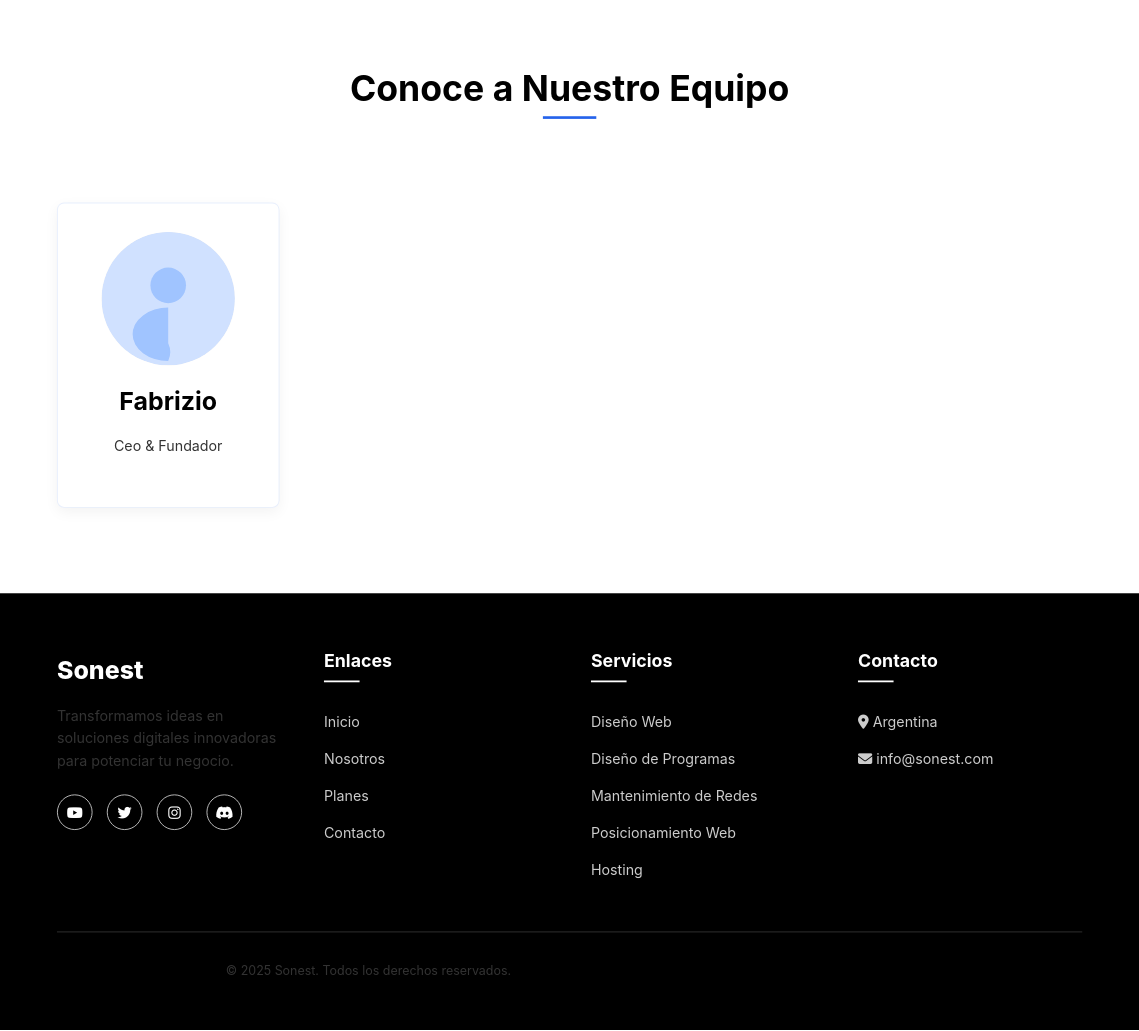
Repository: FabriDevelope/sonest
Page: nosotros.html
The author's editor kept a copy of each file at every save. The page is drawn from the files as they stood at one save, then again after the next save.
The browser window is 1280 px wide. The pictures show the part of the page from y = 776 to 1934 px (the page is 1934 px tall), at 89% of full size.
A picture or video elsewhere on the page could not be fetched, so the positions and the page height are approximate.

Above is the page before, as saved 2025-08-02 23:06:19.

### nosotros.html
<!DOCTYPE html>
<html lang="es">
<head>
    <meta charset="UTF-8">
    <meta name="viewport" content="width=device-width, initial-scale=1.0">
    <title>Sobre Nosotros - Sonest</title>
    <link rel="stylesheet" href="styles.css">
    <link rel="stylesheet" href="https://cdnjs.cloudflare.com/ajax/libs/font-awesome/6.4.0/css/all.min.css">
    <style>
        .about-section {
            padding: 6rem 0;
        }

        .about-content {
            display: flex;
            gap: 4rem;
            align-items: center;
        }

        .about-text {
            flex: 1;
        }

        .about-image {
            flex: 1;
            border-radius: var(--border-radius);
            overflow: hidden;
            box-shadow: var(--shadow);
        }

        .team-grid {
            display: grid;
            grid-template-columns: repeat(auto-fit, minmax(250px, 1fr));
            gap: 2.5rem;
            margin-top: 4rem;
            justify-content: center;
        }

        .team-card {
            background-color: var(--white);
            border-radius: var(--border-radius);
            padding: 2rem;
            text-align: center;
            box-shadow: 0 5px 15px rgba(0,0,0,0.05);
            border: 1px solid rgba(37, 99, 235, 0.1);
            max-width: 250px;
        }

        .team-image {
            width: 150px;
            height: 150px;
            border-radius: 50%;
            margin: 0 auto 1.5rem;
            overflow: hidden;
            background-color: var(--gray-100);
        }

        @media (max-width: 992px) {
            .about-content {
                flex-direction: column;
            }
        }
    </style>
</head>
<body>
    <!-- Header -->
    <header>
        <div class="container header-container">
            <a href="index.html" class="logo">
                <img src="https://i.imgur.com/yJCH2BL.png" alt="Sonest Logo" style="height: 60px; margin-right: 10px;">
            </a>
            <nav>
                <ul class="nav-menu">
                    <li class="nav-item"><a href="index.html" class="nav-link">Inicio</a></li>
                    <li class="nav-item"><a href="nosotros.html" class="nav-link">Nosotros</a></li>
                    <li class="nav-item dropdown">
                        <a href="planes.html" class="nav-link">Servicios <i class="fas fa-chevron-down"></i></a>
                        <ul class="dropdown-content">
                            <li><a href="diseno-web.html" class="dropdown-item">Diseño Web</a></li>
                            <li><a href="diseno-programas.html" class="dropdown-item">Diseño de Programas</a></li>
                            <li><a href="mantenimiento-redes.html" class="dropdown-item">Mantenimiento de Redes</a></li>
                            <li><a href="posicionamiento-web.html" class="dropdown-item">Posicionamiento Web</a></li>
                            <li><a href="hosting.html" class="dropdown-item">Hosting</a></li>
                        </ul>
                    </li>
                    <li class="nav-item"><a href="planes.html" class="nav-link">Planes</a></li>
                    <li class="nav-item"><a href="contacto.html" class="nav-link active">Contacto</a></li>
                </ul>
            </nav>
            <div class="mobile-toggle">
                <i class="fas fa-bars"></i>
            </div>
        </div>
    </header>

    <main>
        <section class="about-section">
            <div class="container">
                <div class="section-title">
                    <h2>Nuestra Historia</h2>
                    <p>Conoce más sobre quiénes somos y nuestra pasión por la tecnología</p>
                </div>

                <div class="about-content">
                    <div class="about-text">
                        <p>Fundada en 2024, Sonest nació con la visión de brindar soluciones tecnológicas modernas que ayuden a empresas y emprendedores a crecer en un entorno digital en constante evolución.</p>
                        <p>Lo que comenzó como una iniciativa de un grupo de profesionales apasionados por el desarrollo web, la seguridad informática y la optimización de procesos, hoy se consolida como una empresa comprometida con la innovación y la excelencia en cada proyecto.</p>
                        <p>Nuestro enfoque se basa en comprender a fondo los desafíos de cada cliente para crear soluciones personalizadas que generen valor real y sostenible en su negocio.</p>

                        <h3>Nuestro Equipo</h3>
                        <p>Contamos con un equipo multidisciplinario de desarrolladores, diseñadores, expertos en redes y consultores estratégicos dedicados a ofrecer un servicio cercano, profesional y de alta calidad.</p>
                    </div>
                    <div class="about-image fade-in">
                        <img src="https://i.imgur.com/lfAE6ol.png" alt="Equipo Sonest">
                    </div>
                </div>


                <div class="section-title" style="margin-top: 6rem;">
                    <h2>Conoce a Nuestro Equipo</h2>
                </div>

                <div class="team-grid">
                    <div class="team-card fade-in">
                        <div class="team-image">
                            <img src="data:[embedded picture, 302 characters]" alt="María López">
                        </div>
                        <h3>Fabrizio</h3>
                        <p>Ceo & Fundador</p>
                    </div>
                </div>
            </div>
        </section>
    </main>

    <!-- Footer -->
    <footer>
        <div class="container">
            <div class="footer-grid">
                <div>
                    <a href="index.html" class="footer-logo">Sonest</a>
                    <p>Transformamos ideas en soluciones digitales innovadoras para potenciar tu negocio.</p>
                    <div class="social-links">
                        <a href="#" class="social-link"><i class="fab fa-youtube"></i></a>
                        <a href="#" class="social-link"><i class="fab fa-twitter"></i></a>
                        <a href="#" class="social-link"><i class="fab fa-instagram"></i></a>
                        <a href="https://discord.gg/TzeV6DSFxJ" class="social-link"><i class="fab fa-discord"></i></a>
                    </div>
                </div>
                <div>
                    <h4 class="footer-title">Enlaces</h4>
                    <ul class="footer-links">
                        <li><a href="index.html" class="footer-link">Inicio</a></li>
                        <li><a href="nosotros.html" class="footer-link">Nosotros</a></li>
                        <li><a href="planes.html" class="footer-link">Planes</a></li>
                        <li><a href="contacto.html" class="footer-link">Contacto</a></li>
                    </ul>
                </div>
                <div>
                    <h4 class="footer-title">Servicios</h4>
                    <ul class="footer-links">
                        <li><a href="diseno-web.html" class="footer-link">Diseño Web</a></li>
                        <li><a href="diseno-programas.html" class="footer-link">Diseño de Programas</a></li>
                        <li><a href="mantenimiento-redes.html" class="footer-link">Mantenimiento de Redes</a></li>
                        <li><a href="posicionamiento-web.html" class="footer-link">Posicionamiento Web</a></li>
                        <li><a href="hosting.html" class="footer-link">Hosting</a></li>
                    </ul>
                </div>
                <div>
                    <h4 class="footer-title">Contacto</h4>
                    <ul class="footer-links">
                        <li><a href="#" class="footer-link"><i class="fas fa-map-marker-alt"></i> Argentina</a></li>
                        <li><a href="mailto:sonest.adm@proton.me" class="footer-link"><i class="fas fa-envelope"></i> info@sonest.com</a></li>
                    </ul>
                </div>
            </div>
            <div class="footer-bottom">
                <p>&copy; 2025 Sonest. Todos los derechos reservados.</p>
            </div>
        </div>
    </footer>

    <script>
        document.addEventListener('DOMContentLoaded', function() {
            const mobileToggle = document.querySelector('.mobile-toggle');
            const navMenu = document.querySelector('.nav-menu');

            if (mobileToggle && navMenu) {
                mobileToggle.addEventListener('click', function() {
                    navMenu.classList.toggle('active');
                });
            }

            // Animaciones al hacer scroll
            const observer = new IntersectionObserver((entries) => {
                entries.forEach(entry => {
                    if (entry.isIntersecting) {
                        entry.target.classList.add('fade-in-visible');
                    }
                });
            }, { threshold: 0.1 });

            document.querySelectorAll('.fade-in').forEach(element => {
                observer.observe(element);
            });
        });
    </script>
</body>
</html>

### styles.css
/* Variables CSS */
:root {
    --white: #ffffff;
    --black: #000000;
    --gray-100: #f5f5f5;
    --gray-200: #e0e0e0;
    --gray-300: #cccccc;
    --gray-700: #333333;
    --gray-800: #222222;
    --primary: #2563eb;
    --primary-light: #3b82f6;
    --transition: all 0.3s ease;
    --border-radius: 8px;
    --shadow: 0 4px 20px rgba(0,0,0,0.08);
    --container-width: 1200px;
}

/* Reset y estilos base */
* {
    margin: 0;
    padding: 0;
    box-sizing: border-box;
}

body {
    font-family: 'Inter', 'Segoe UI', Roboto, 'Helvetica Neue', Arial, sans-serif;
    color: var(--black);
    background-color: var(--white);
    line-height: 1.6;
    overflow-x: hidden;
    display: flex;
    flex-direction: column;
    min-height: 100vh;
}

h1, h2, h3, h4, h5, h6 {
    font-weight: 700;
    line-height: 1.2;
    margin-bottom: 1rem;
}

h1 {
    font-size: 3.5rem;
    margin-bottom: 1.5rem;
}

h2 {
    font-size: 2.5rem;
    position: relative;
    display: inline-block;
    margin-bottom: 2.5rem;
}

h2::after {
    content: '';
    position: absolute;
    bottom: -10px;
    left: 0;
    width: 60px;
    height: 3px;
    background-color: var(--primary);
}

h3 {
    font-size: 1.75rem;
    margin-bottom: 1.25rem;
}

p {
    margin-bottom: 1.5rem;
    max-width: 700px;
    color: var(--gray-700);
}

a {
    color: var(--primary);
    text-decoration: none;
    transition: var(--transition);
}

a:hover {
    color: var(--primary-light);
    opacity: 0.9;
}

img {
    max-width: 100%;
    height: auto;
    border-radius: var(--border-radius);
}

.container {
    width: 100%;
    max-width: var(--container-width);
    margin: 0 auto;
    padding: 0 1.5rem;
}

.btn {
    display: inline-block;
    background-color: var(--primary);
    color: var(--white);
    padding: 0.9rem 2.25rem;
    border: 2px solid var(--primary);
    border-radius: var(--border-radius);
    font-weight: 600;
    cursor: pointer;
    transition: var(--transition);
    text-align: center;
    font-size: 1rem;
}

.btn:hover {
    background-color: transparent;
    color: var(--primary);
    opacity: 1;
    transform: translateY(-3px);
    box-shadow: 0 10px 20px rgba(37, 99, 235, 0.15);
}

.btn-outline {
    background-color: transparent;
    color: var(--primary);
}

.btn-outline:hover {
    background-color: var(--primary);
    color: var(--white);
}

.section {
    padding: 6rem 0;
}

.section-title {
    text-align: center;
    margin-bottom: 4rem;
}

.section-title h2::after {
    left: 50%;
    transform: translateX(-50%);
}

.text-center {
    text-align: center;
}

/* Header */
header {
    position: fixed;
    top: 0;
    left: 0;
    width: 100%;
    background-color: var(--white);
    z-index: 1000;
    box-shadow: var(--shadow);
    padding: 1rem 0;
}

.header-container {
    display: flex;
    justify-content: space-between;
    align-items: center;
}

.logo {
    font-size: 1.5rem;
    font-weight: 800;
    letter-spacing: -1px;
    color: var(--black);
}

.nav-menu {
    display: flex;
    list-style: none;
}

.nav-item {
    margin-left: 2rem;
    position: relative;
}

.nav-link {
    font-weight: 500;
    padding: 0.5rem 0;
    color: var(--black);
}

.nav-link:hover::after {
    content: '';
    position: absolute;
    bottom: 0;
    left: 0;
    width: 100%;
    height: 2px;
    background-color: var(--primary);
}

.dropdown {
    position: relative;
}

.dropdown-content {
    position: absolute;
    top: 100%;
    left: 0;
    background-color: var(--white);
    box-shadow: var(--shadow);
    border-radius: var(--border-radius);
    min-width: 200px;
    padding: 0.5rem 0;
    opacity: 0;
    visibility: hidden;
    transform: translateY(10px);
    transition: var(--transition);
    z-index: 100;
}

.dropdown:hover .dropdown-content {
    opacity: 1;
    visibility: visible;
    transform: translateY(0);
}

.dropdown-item {
    display: block;
    padding: 0.75rem 1.5rem;
    color: var(--black);
}

.dropdown-item:hover {
    background-color: var(--gray-100);
    color: var(--primary);
}

.mobile-toggle {
    display: none;
    font-size: 1.5rem;
    cursor: pointer;
}

/* Hero */
.hero {
    padding: 12rem 0 7rem;
    background: linear-gradient(135deg, #f0f7ff 0%, #e6f0ff 100%);
    position: relative;
    overflow: hidden;
}

.hero::before {
    content: '';
    position: absolute;
    top: -100px;
    right: -100px;
    width: 500px;
    height: 500px;
    border-radius: 50%;
    background: linear-gradient(135deg, rgba(37, 99, 235, 0.1) 0%, rgba(37, 99, 235, 0.05) 100%);
    z-index: 0;
}

.hero-content {
    display: flex;
    align-items: center;
    gap: 4rem;
    position: relative;
    z-index: 1;
}

.hero-text {
    flex: 1;
}

.hero-image {
    flex: 1;
    border-radius: var(--border-radius);
    overflow: hidden;
    box-shadow: var(--shadow);
    transform: perspective(1000px) rotateY(-5deg);
    transition: var(--transition);
}

.hero-image:hover {
    transform: perspective(1000px) rotateY(0);
}

/* Features */
.features-grid {
    display: grid;
    grid-template-columns: repeat(auto-fit, minmax(300px, 1fr));
    gap: 2.5rem;
    margin-top: 3rem;
}

.feature-card {
    background-color: var(--white);
    border-radius: var(--border-radius);
    padding: 2.5rem;
    transition: var(--transition);
    box-shadow: 0 5px 15px rgba(0,0,0,0.05);
    text-align: center;
    border: 1px solid rgba(37, 99, 235, 0.1);
}

.feature-card:hover {
    transform: translateY(-10px);
    box-shadow: 0 15px 30px rgba(37, 99, 235, 0.15);
}

.feature-icon {
    width: 80px;
    height: 80px;
    background: linear-gradient(135deg, #e6f0ff 0%, #d0e1ff 100%);
    border-radius: 50%;
    display: flex;
    align-items: center;
    justify-content: center;
    margin: 0 auto 1.5rem;
    font-size: 2rem;
    color: var(--primary);
}

/* Services */
.services {
    background-color: var(--gray-100);
}

.services-grid {
    display: grid;
    grid-template-columns: repeat(auto-fit, minmax(280px, 1fr));
    gap: 2.5rem;
    margin-top: 2rem;
}

.service-card {
    background-color: var(--white);
    border-radius: var(--border-radius);
    padding: 2.5rem;
    transition: var(--transition);
    box-shadow: 0 5px 15px rgba(0,0,0,0.05);
    border: 1px solid rgba(37, 99, 235, 0.1);
}

.service-card:hover {
    transform: translateY(-5px);
    box-shadow: 0 15px 30px rgba(37, 99, 235, 0.1);
}

.service-icon {
    font-size: 2.5rem;
    margin-bottom: 1.5rem;
    display: inline-block;
    color: var(--primary);
}

.soon-badge {
    display: inline-block;
    background-color: var(--gray-200);
    color: var(--gray-700);
    font-size: 0.75rem;
    padding: 0.25rem 0.75rem;
    border-radius: 2rem;
    margin-left: 0.5rem;
    vertical-align: super;
    font-weight: 600;
}

/* Stats */
.stats {
    background: linear-gradient(135deg, var(--primary) 0%, var(--primary-light) 100%);
    color: var(--white);
    text-align: center;
}

.stats-grid {
    display: grid;
    grid-template-columns: repeat(auto-fit, minmax(200px, 1fr));
    gap: 2rem;
    margin-top: 2rem;
}

.stat-item {
    text-align: center;
    padding: 2rem;
    background-color: rgba(255, 255, 255, 0.1);
    border-radius: var(--border-radius);
}

.stat-number {
    font-size: 3rem;
    font-weight: 700;
    margin-bottom: 0.5rem;
}

/* Testimonials */
.testimonials-grid {
    display: grid;
    grid-template-columns: repeat(auto-fit, minmax(320px, 1fr));
    gap: 2.5rem;
}

.testimonial-card {
    background-color: var(--white);
    border-radius: var(--border-radius);
    padding: 2.5rem;
    position: relative;
    box-shadow: 0 5px 15px rgba(0,0,0,0.05);
    border: 1px solid rgba(37, 99, 235, 0.1);
}

.testimonial-quote {
    font-size: 3rem;
    position: absolute;
    top: 1rem;
    left: 1rem;
    opacity: 0.1;
    color: var(--primary);
}

.testimonial-content {
    margin-bottom: 1.5rem;
    font-style: italic;
}

.testimonial-author {
    display: flex;
    align-items: center;
}

.author-image {
    width: 60px;
    height: 60px;
    border-radius: 50%;
    margin-right: 1rem;
    background-color: var(--gray-200);
    display: flex;
    align-items: center;
    justify-content: center;
    overflow: hidden;
}

.author-image img {
    width: 100%;
    height: 100%;
    object-fit: cover;
}

/* CTA */
.cta {
    background: linear-gradient(135deg, var(--gray-800) 0%, var(--black) 100%);
    color: var(--white);
    text-align: center;
    padding: 5rem 0;
    position: relative;
    overflow: hidden;
}

.cta::before {
    content: '';
    position: absolute;
    top: -100px;
    right: -100px;
    width: 400px;
    height: 400px;
    border-radius: 50%;
    background: rgba(255, 255, 255, 0.05);
    z-index: 0;
}

.cta-content {
    position: relative;
    z-index: 1;
    max-width: 700px;
    margin: 0 auto;
}

.cta h2 {
    color: var(--white);
    margin-bottom: 1.5rem;
}

.cta h2::after {
    background-color: var(--white);
}

.cta .btn {
    background-color: var(--white);
    color: var(--primary);
    border-color: var(--white);
    margin-top: 1.5rem;
}

.cta .btn:hover {
    background-color: transparent;
    color: var(--white);
}

/* Footer */
footer {
    background-color: var(--black);
    color: var(--white);
    padding: 4rem 0 2rem;
    margin-top: auto;
}

.footer-grid {
    display: grid;
    grid-template-columns: repeat(auto-fit, minmax(250px, 1fr));
    gap: 3rem;
    margin-bottom: 3rem;
}

.footer-logo {
    font-size: 1.75rem;
    font-weight: 800;
    margin-bottom: 1rem;
    display: block;
    color: var(--white);
}

.footer-title {
    font-size: 1.25rem;
    margin-bottom: 1.5rem;
    position: relative;
    padding-bottom: 0.75rem;
}

.footer-title::after {
    content: '';
    position: absolute;
    bottom: 0;
    left: 0;
    width: 40px;
    height: 2px;
    background-color: var(--white);
}

.footer-links {
    list-style: none;
}

.footer-link {
    display: block;
    padding: 0.5rem 0;
    color: var(--gray-300);
}

.footer-link:hover {
    color: var(--white);
}

.social-links {
    display: flex;
    gap: 1rem;
    margin-top: 1rem;
}

.social-link {
    display: flex;
    align-items: center;
    justify-content: center;
    width: 40px;
    height: 40px;
    border: 1px solid var(--gray-300);
    border-radius: 50%;
    color: var(--white);
    transition: var(--transition);
}

.social-link:hover {
    background-color: var(--white);
    color: var(--black);
    border-color: var(--white);
}

.footer-bottom {
    padding-top: 2rem;
    border-top: 1px solid var(--gray-700);
    text-align: center;
    color: var(--gray-300);
    font-size: 0.875rem;
}

/* Animations */
.fade-in {
    opacity: 0;
    transform: translateY(30px);
    transition: opacity 0.6s ease-out, transform 0.6s ease-out;
}

.fade-in-visible {
    opacity: 1;
    transform: translateY(0);
}

/* Responsive */
@media (max-width: 992px) {
    .hero-content, .about-content, .contact-content, .service-content {
        flex-direction: column;
    }

    .hero-text, .about-text {
        order: 1;
        text-align: center;
    }

    .hero-image {
        order: 0;
        margin-bottom: 3rem;
    }

    h1 {
        font-size: 2.75rem;
    }

    h2 {
        font-size: 2.25rem;
    }
}

@media (max-width: 768px) {
    .mobile-toggle {
        display: block;
    }

    .nav-menu {
        position: fixed;
        top: 70px;
        left: 0;
        width: 100%;
        background-color: var(--white);
        flex-direction: column;
        padding: 2rem;
        box-shadow: var(--shadow);
        transform: translateY(-150%);
        transition: var(--transition);
        z-index: 999;
    }

    .nav-menu.active {
        transform: translateY(0);
    }

    .nav-item {
        margin: 0 0 1.5rem;
    }

    .dropdown-content {
        position: static;
        box-shadow: none;
        opacity: 1;
        visibility: visible;
        transform: none;
        padding-left: 1rem;
        margin-top: 0.5rem;
    }

    .section {
        padding: 4rem 0;
    }

    h1 {
        font-size: 2.5rem;
    }

    h2 {
        font-size: 2rem;
    }

    .feature-card, .service-card, .testimonial-card {
        padding: 2rem;
    }
}

@media (max-width: 480px) {
    h1 {
        font-size: 2rem;
    }

    h2 {
        font-size: 1.75rem;
    }
}

After the next save:
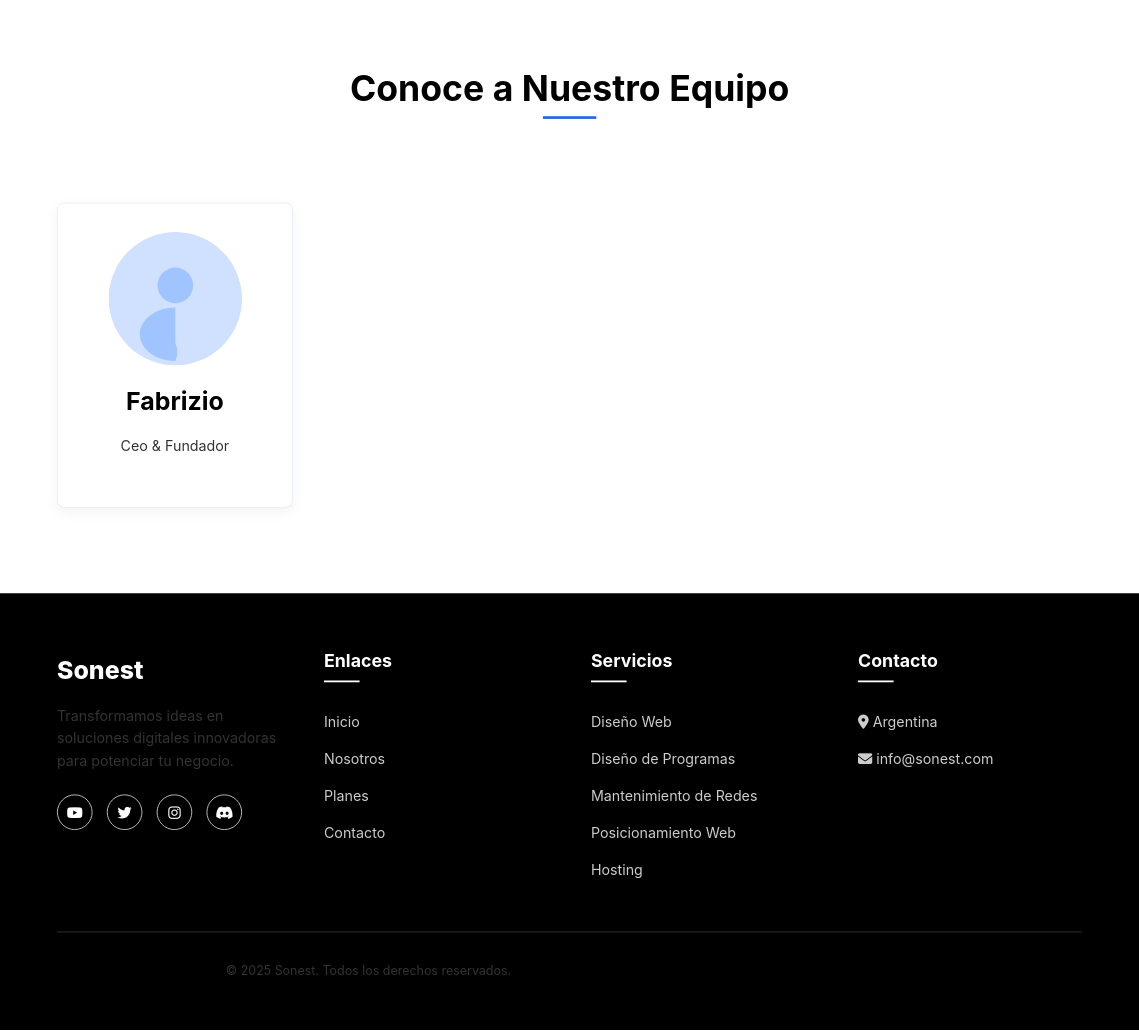
Saved 34 s later.
--- a/nosotros.html
+++ b/nosotros.html
@@ -36,15 +36,24 @@
             justify-content: center;
         }
 
-        .team-card {
-            background-color: var(--white);
-            border-radius: var(--border-radius);
-            padding: 2rem;
-            text-align: center;
-            box-shadow: 0 5px 15px rgba(0,0,0,0.05);
-            border: 1px solid rgba(37, 99, 235, 0.1);
-            max-width: 250px;
-        }
+.team-grid {
+    display: grid;
+    grid-template-columns: repeat(auto-fit, minmax(250px, 1fr));
+    gap: 2.5rem;
+    margin-top: 4rem;
+    justify-content: center; /* Añadido */
+}
+
+.team-card {
+    background-color: var(--white);
+    border-radius: var(--border-radius);
+    padding: 2rem;
+    text-align: center;
+    box-shadow: 0 5px 15px rgba(0,0,0,0.05);
+    border: 1px solid rgba(37, 99, 235, 0.1);
+    max-width: 265px; /* Añadido */
+}
+
 
         .team-image {
             width: 150px;
